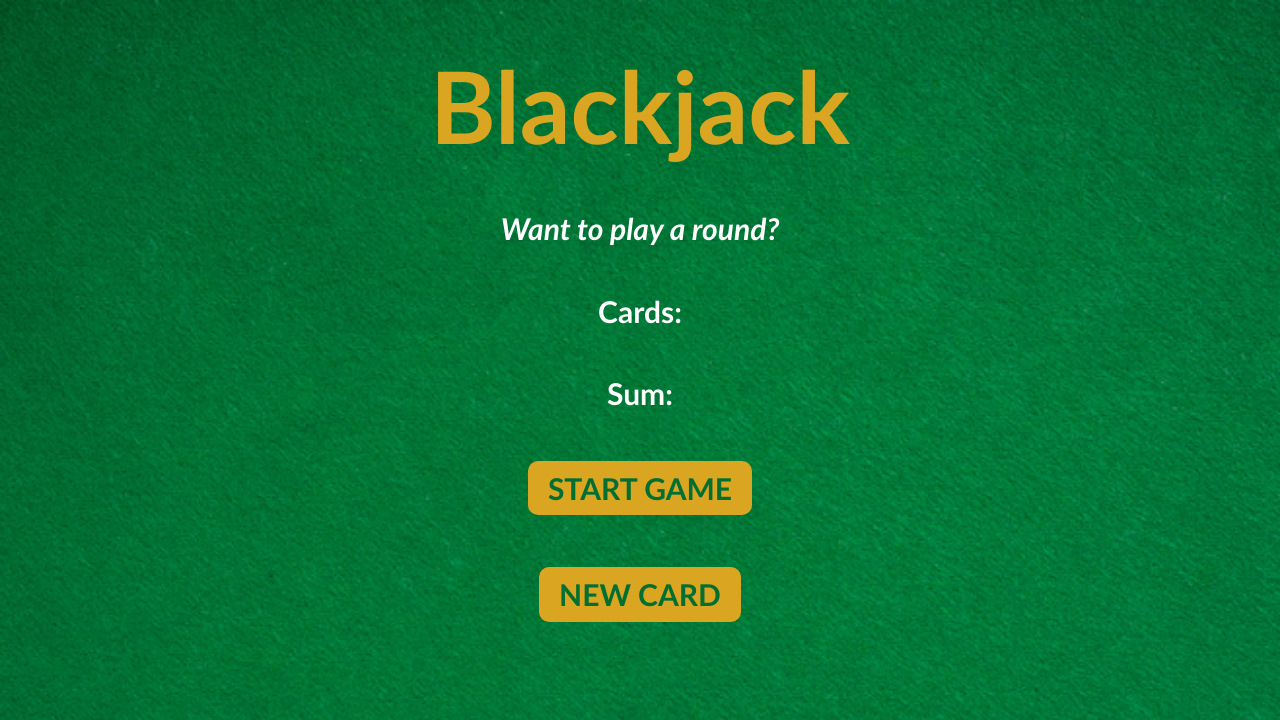
Repository: raghhavv03/javascript-practice
Page: task-5/index.html
An editor plug-in stored every save of this project. The page is shown before and after the next save, followed by the edit.
The browser window is 1280 px wide. The pictures show the whole page.

Above is the page before, as saved 2026-02-09 20:52:05.

After the next save:
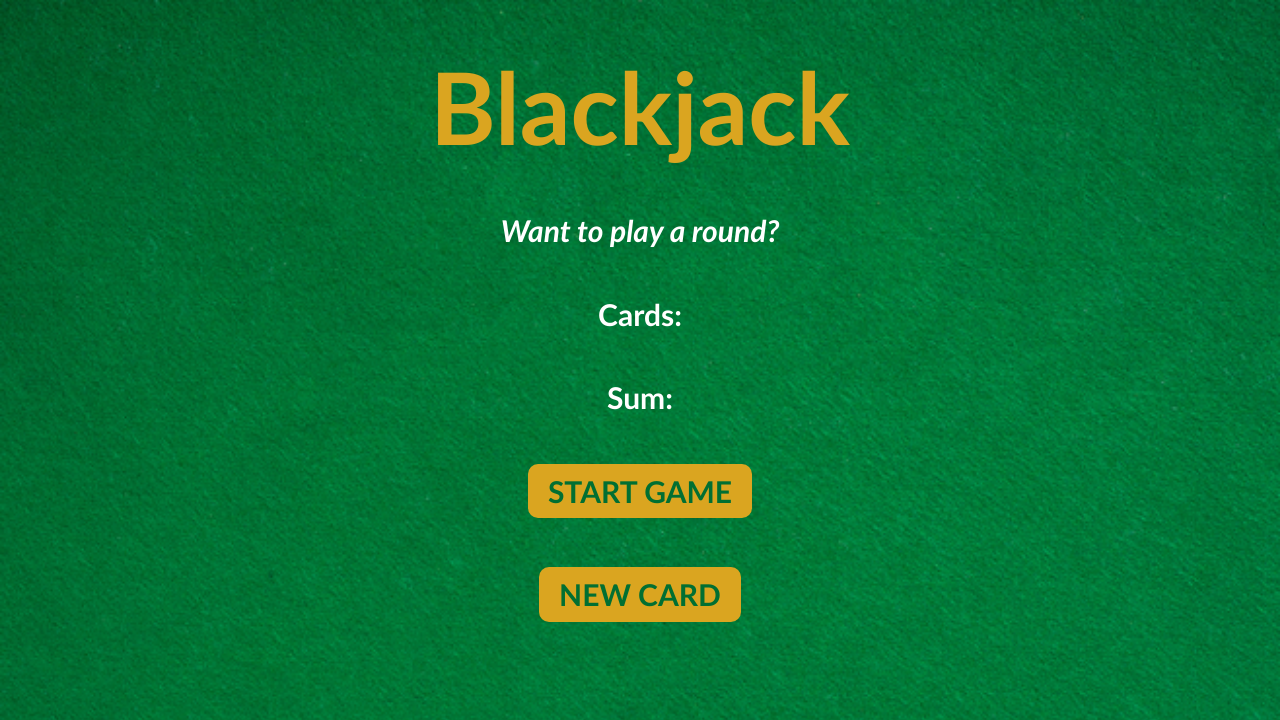
Saved 6 s later.
--- a/task-5/style.css
+++ b/task-5/style.css
@@ -39,8 +39,6 @@ button {
     font-weight: bold;
     border: none;
     border-radius: 10px;
-    margin-bottom: 2px;
-    margin-top: 2px;
 }
 
 #player-el {
